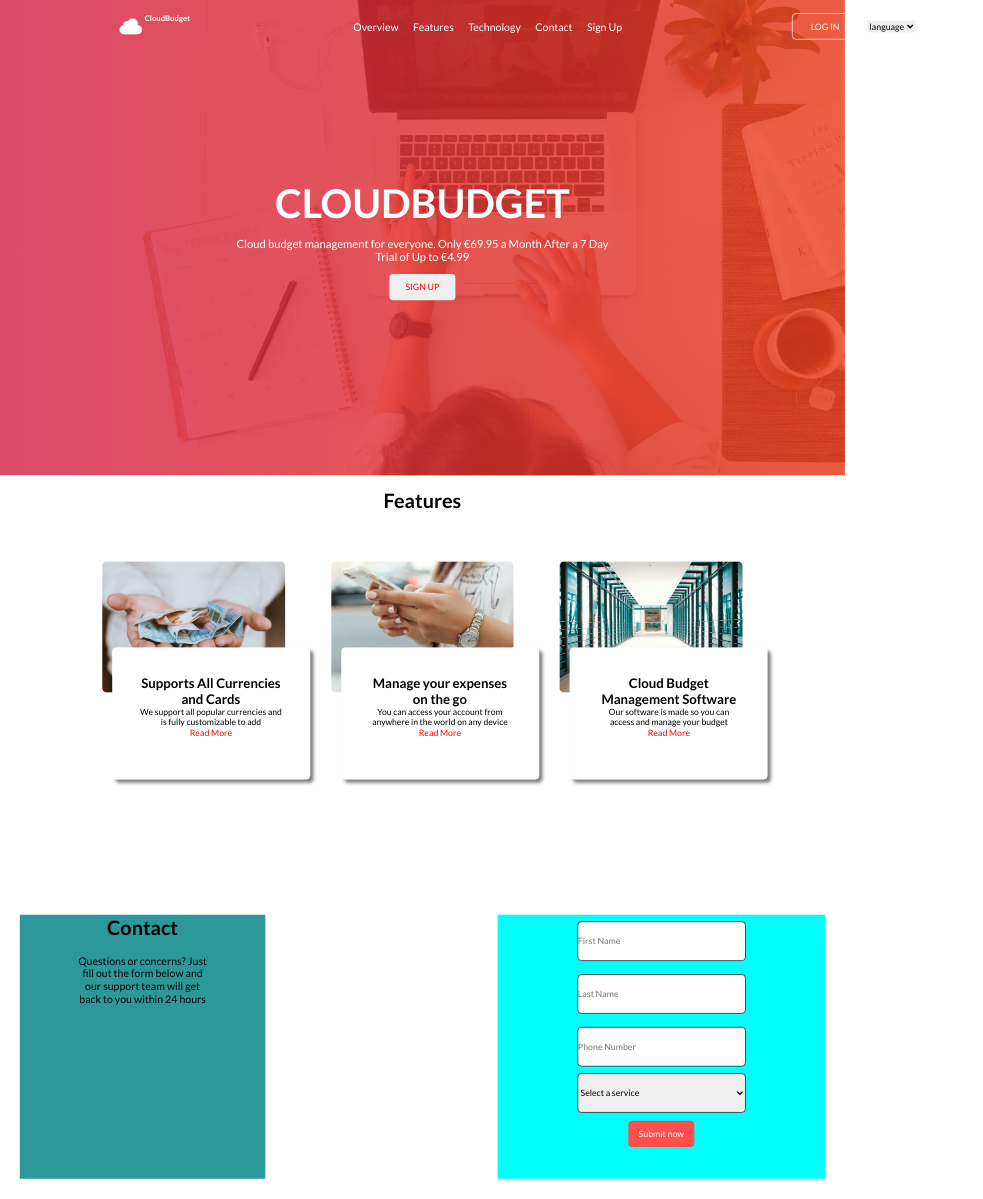
Repository: havvanurrana/website3
Page: index.html
These files come from the project's save history. The page is drawn as it stood at one moment and after the next save; the edit follows.
The browser window is 1280 px wide. The page is 1490 px wide, so the pictures cover 1490 px, including what lies to the right of the window. The pictures show the whole page, at 66% of full size.

Above is the page before, as saved 2024-08-02 15:49:27.

After the next save:
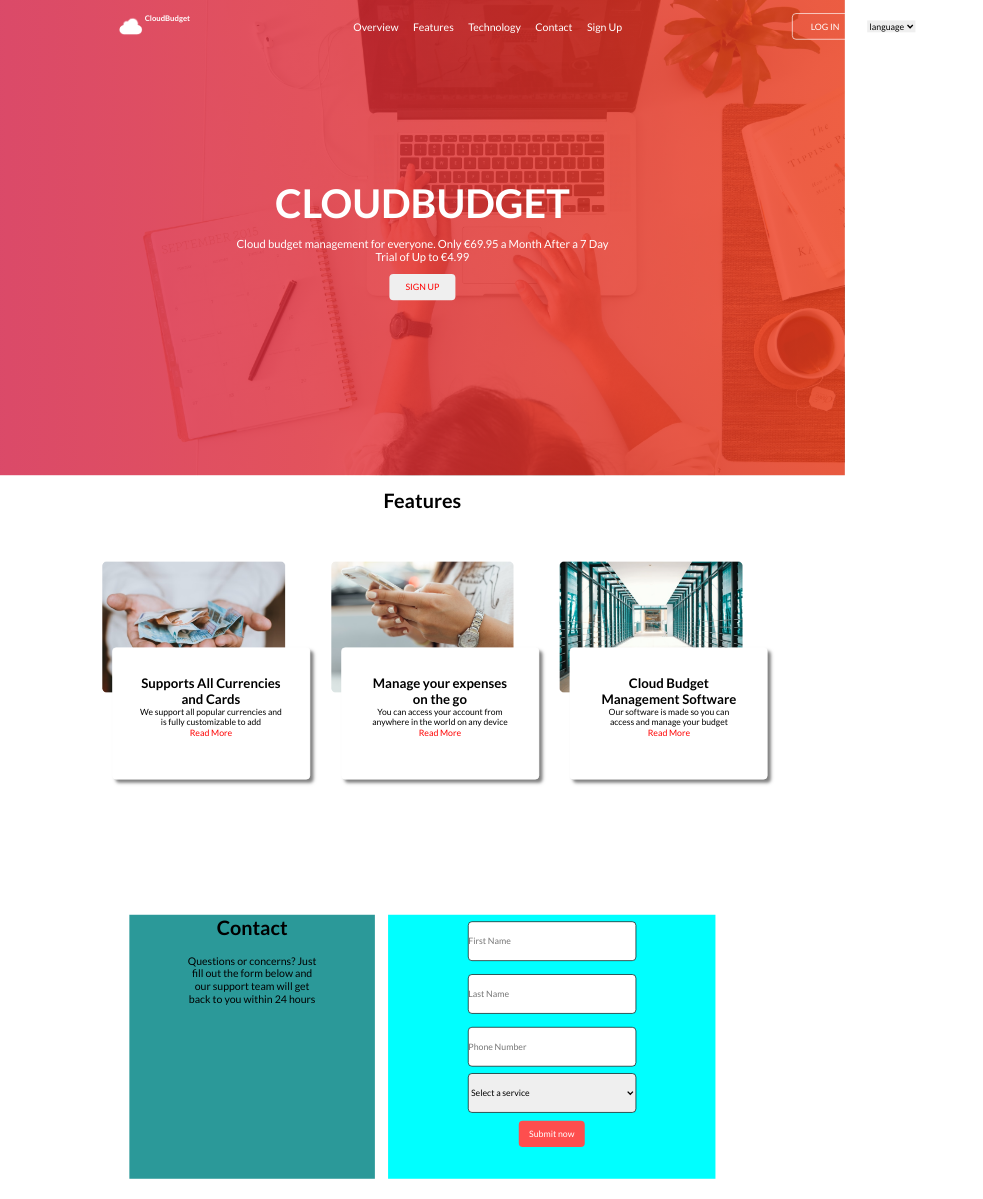
Saved 9 min 50 s later.
--- a/style.css
+++ b/style.css
@@ -226,7 +226,7 @@ input{
    display: flex;
    flex-direction: row;
    margin: 2rem;
-   justify-content: space-between;
+   justify-content: center;
 }
 .contact div{
    text-align: center;
